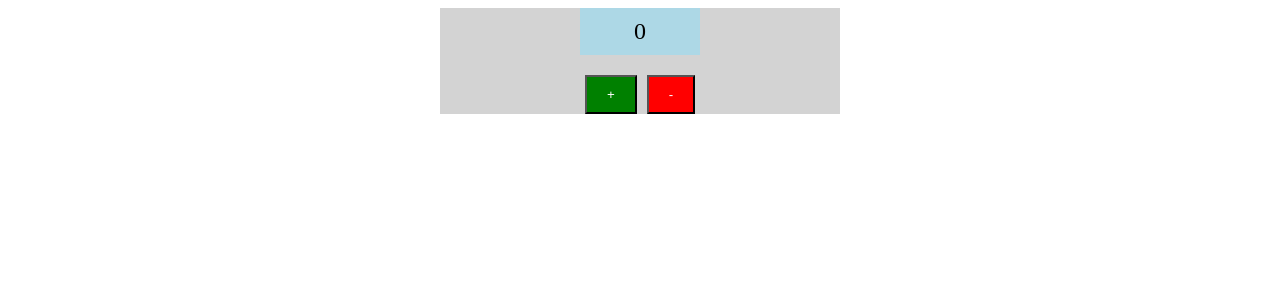
Repository: cipdanila/counter-js
Page: incrementor.html
An editor plug-in stored every save of this project. The page is shown before and after the next save, followed by the edit.
The browser window is 1280 px wide. The pictures show the whole page.

Above is the page before, as saved 2024-01-30 16:10:15.

### incrementor.html
<!DOCTYPE html>
<html lang="en">
<head>
    <meta charset="UTF-8">
    <meta name="viewport" content="width=device-width, initial-scale=1.0">
    <title>Increment/Decrement</title>
</head>

<body>
<main>
    <!-- <h1>Number: <span id="number">0</span></h1>
    <button onclick="increment()">+</button>
    <button onclick="decrement()">-</button> -->
</main>
    <script src="scripts/incrementor.js"></script>
</body>

</html>

### scripts/incrementor.js
document.addEventListener('DOMContentLoaded', function() {
    // Create an outer div for centering and styling
    const containerDiv = document.createElement('div');
    containerDiv.style.display = 'flex';
    containerDiv.style.flexDirection = 'column';
    containerDiv.style.alignItems = 'center';
    containerDiv.style.justifyContent = 'center';
    containerDiv.style.height = 'fit-content';
    containerDiv.style.backgroundColor = 'lightgray';
    containerDiv.style.maxWidth = '400px';
    containerDiv.style.margin = 'auto';

    // Create the result display div and style it
    const counterDisplay = document.createElement('div');
    counterDisplay.id = 'counter';
    counterDisplay.style.backgroundColor = 'lightblue';
    counterDisplay.style.color = 'black';
    counterDisplay.style.padding = '10px';
    counterDisplay.style.marginBottom = '20px';
    counterDisplay.style.fontSize = '24px';
    counterDisplay.style.textAlign = 'center';
    counterDisplay.textContent = '0';
    counterDisplay.style.width = '100px';

    // Create a div for buttons and style it
    const buttonsDiv = document.createElement('div');
    buttonsDiv.style.display = 'flex';

    // Create the "+" button and apply styles
    const incrementButton = document.createElement('button');
    incrementButton.textContent = '+';
    incrementButton.style.backgroundColor = 'green';
    incrementButton.style.color = 'white';
    incrementButton.style.padding = '10px 20px';
    incrementButton.style.marginRight = '10px';
    incrementButton.addEventListener('click', function() {
        let currentValue = parseInt(counterDisplay.textContent);
        currentValue++;
        counterDisplay.textContent = currentValue;
        updateTextColor(currentValue); // Update text color based on value
    });

    // Create the "-" button and apply styles
    const decrementButton = document.createElement('button');
    decrementButton.textContent = '-';
    decrementButton.style.backgroundColor = 'red';
    decrementButton.style.color = 'white';
    decrementButton.style.padding = '10px 20px';
    decrementButton.addEventListener('click', function() {
        let currentValue = parseInt(counterDisplay.textContent);
        currentValue--;
        counterDisplay.textContent = currentValue;
        updateTextColor(currentValue); // Update text color based on value
    });

    // Add the buttons to the buttons div
    buttonsDiv.appendChild(incrementButton);
    buttonsDiv.appendChild(decrementButton);

    // Add the result display div and the buttons div inside the outer div
    containerDiv.appendChild(counterDisplay);
    containerDiv.appendChild(buttonsDiv);

    // Select the <main> element from the DOM
    const mainElement = document.querySelector('main');

    // Add the outer div inside the main element
    mainElement.appendChild(containerDiv);

    // Function to update text color based on value
    function updateTextColor(value) {
        if (value > 0) {
            counterDisplay.style.color = 'green';
        } else if (value < 0) {
            counterDisplay.style.color = 'red';
        } else {
            counterDisplay.style.color = 'black';
        }
    }
});

After the next save:
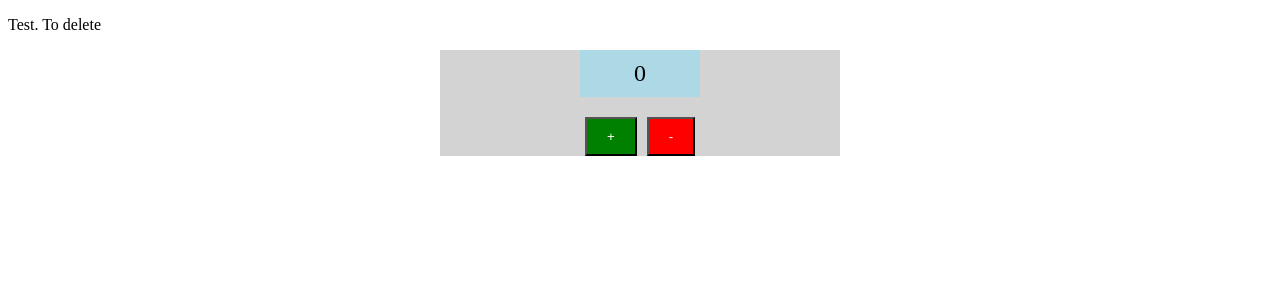
Saved 103 s later.
--- a/incrementor.html
+++ b/incrementor.html
@@ -11,6 +11,7 @@
     <!-- <h1>Number: <span id="number">0</span></h1>
     <button onclick="increment()">+</button>
     <button onclick="decrement()">-</button> -->
+    <p>Test. To delete</p>
 </main>
     <script src="scripts/incrementor.js"></script>
 </body>

After the save that followed:
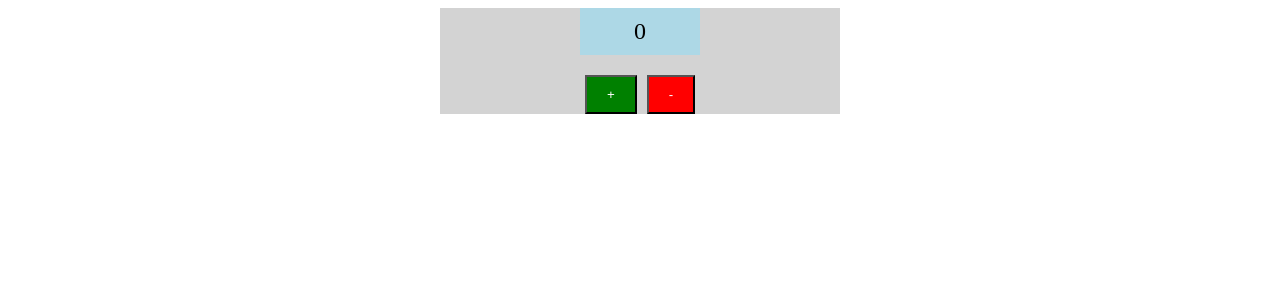
Saved 41 s later.
--- a/incrementor.html
+++ b/incrementor.html
@@ -11,7 +11,6 @@
     <!-- <h1>Number: <span id="number">0</span></h1>
     <button onclick="increment()">+</button>
     <button onclick="decrement()">-</button> -->
-    <p>Test. To delete</p>
 </main>
     <script src="scripts/incrementor.js"></script>
 </body>
